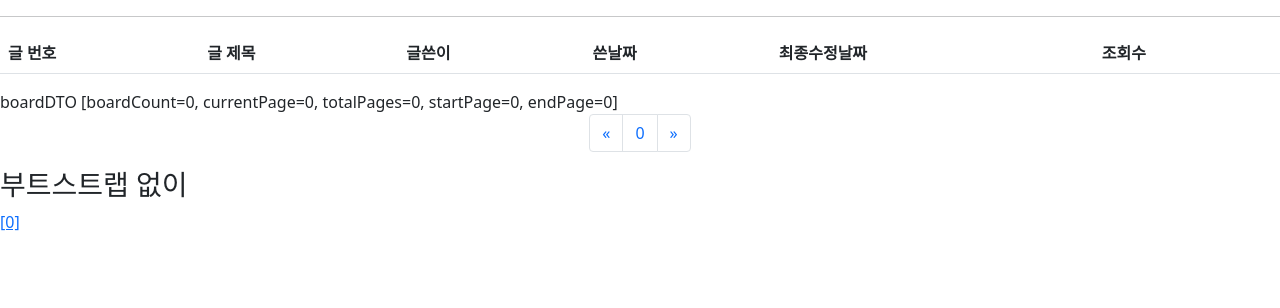
Repository: hayatoKH/java-basic2
Page: http://localhost/MyFirstWeb/boardList.do?pageNum=0
These files come from the project's save history. The page is drawn as it stood at one moment and after the next save; the edit follows.
The browser window is 1280 px wide. The pictures show the whole page.
The page is served by Tomcat 9. Other server files are loaded and not shown. Queries for data that is not in the repository find no rows.

Above is the page before, as saved 2022-03-22 01:45:08.

### MyFirstWeb/src/main/webapp/board/boardlist.jsp
<%@ page language="java" contentType="text/html; charset=UTF-8"
    pageEncoding="UTF-8"%>
<%@ taglib uri="http://java.sun.com/jsp/jstl/core" prefix="c" %>


<!DOCTYPE html>
<html>
<head>
<link href="https://cdn.jsdelivr.net/npm/bootstrap@5.1.3/dist/css/bootstrap.min.css" rel="stylesheet" integrity="sha384-1BmE4kWBq78iYhFldvKuhfTAU6auU8tT94WrHftjDbrCEXSU1oBoqyl2QvZ6jIW3" crossorigin="anonymous">
<meta charset="UTF-8">
<title>Insert title here</title>
</head>
<body>
	<hr>
	<!-- 출력방법 : 인덱싱이나 c:forEach를 이용해서 하나하나 꺼내준 다음
	.변수명을 적으면 출력됩니다. -->
	<table class="table table-hover">
		<tr>
			<th>글 번호</th>
			<th>글 제목</th>
			<th>글쓴이</th>
			<th>쓴날짜</th>
			<th>최종수정날짜</th>
			<th>조회수</th>
		</tr>
		<c:forEach var="board" items="${boardList }">
			<tr>
				<td>${board.board_num}</td>
				<td><a href="http://localhost:8181/MyFirstWeb/boardDetail.do?board_num=${board.board_num }">${board.title}</a></td>
				<td>${board.writer}</td>
				<td>${board.bDate}</td>
				<td>${board.mDate}</td>
				<td>${board.hit}</td>
			</tr>
		</c:forEach>
	</table>

	<c:if test="${not empty sId}">
	<a href="http://localhost:8181/MyFirstWeb/insertForm.do"><button>글쓰기</button></a>
	</c:if>
	<c:if test="${sId ne null}">
	<a href="http://localhost:8181/MyFirstWeb/insertForm.do"><button>글쓰기</button></a>
	</c:if>

		${dto }
		<!-- document의 pagination 파트를 보고 1부터 10까지 나열해보세요. -->
	<nav aria-label="Page navigation example">
	  <ul class="pagination justify-content-center">
	    <li class="page-item ${dto.startPage eq 1 ? 'disabled' : '' }">
	    	<a class="page-link" href="http://localhost:8181/MyFirstWeb/boardList.do?pageNum=${dto.startPage - 1}">&laquo;</a>
	    </li>
		    <c:forEach var="pageIndex" begin="${dto.startPage }" end="${dto.endPage }">
		 	   <li class="page-item"><a class="page-link" href="http://localhost:8181/MyFirstWeb/boardList.do?pageNum=${pageIndex }">${pageIndex }</a></li>
			</c:forEach>
	    <li class="page-item"><a class="page-link" href="#">&raquo;</a></li>
	  </ul>
	</nav>

	<h3>부트스트랩 없이</h3>
	<c:forEach var="pageIndex" begin="${dto.startPage }" end="${dto.endPage }">
		 	  <a href="http://localhost:8181/MyFirstWeb/boardList.do?pageNum=${pageIndex }">[${pageIndex }]</a>
	</c:forEach>

</body>
</html>

### MyFirstWeb/src/main/java/kr/co/ict/servlet/FrontController.java
package kr.co.ict.servlet;

import java.io.IOException;

import javax.servlet.RequestDispatcher;
import javax.servlet.ServletException;
import javax.servlet.annotation.WebServlet;
import javax.servlet.http.HttpServlet;
import javax.servlet.http.HttpServletRequest;
import javax.servlet.http.HttpServletResponse;

import com.mysql.cj.jdbc.ha.BestResponseTimeBalanceStrategy;

import kr.co.ict.servlet.service.BoardDeleteService;
import kr.co.ict.servlet.service.BoardDetailService;
import kr.co.ict.servlet.service.BoardInsertFormService;
import kr.co.ict.servlet.service.BoardInsertService;
import kr.co.ict.servlet.service.BoardListService;
import kr.co.ict.servlet.service.BoardUpdateFormService;
import kr.co.ict.servlet.service.BoardUpdateService;
import kr.co.ict.servlet.service.IBoardService;

/**
 * Servlet implementation class FrontController
 */
@WebServlet("*.do")
public class FrontController extends HttpServlet {
	private static final long serialVersionUID = 1L;

    /**
     * @see HttpServlet#HttpServlet()
     */
    public FrontController() {
        super();
        // TODO Auto-generated constructor stub
    }

	/**
	 * @see HttpServlet#doGet(HttpServletRequest request, HttpServletResponse response)
	 */
	protected void doGet(HttpServletRequest request, HttpServletResponse response) throws ServletException, IOException {
		// get방식 요청으로 요청이 들어온건
		doRequest(request,response);
	}

	/**
	 * @see HttpServlet#doPost(HttpServletRequest request, HttpServletResponse response)
	 */
	protected void doPost(HttpServletRequest request, HttpServletResponse response) throws ServletException, IOException {
		// post방식 요청으로 요청이 들어온건 동일하게 doRequest에서 처리하도록 설정
		doRequest(request,response);
	}

	// doGet, doPost 어떤 형식으로 요청이 들어올지 모르기 때문에 공용 메서드를 하단에 한하 생성합니다
	private void doRequest(HttpServletRequest request, HttpServletResponse response) throws ServletException, IOException {
		// post방식으로 처리하게 될 수 있으므로 인코딩 설정
		request.setCharacterEncoding("utf-8");

		//프론트 컨트롤러는 여러 주소 요청을 처리하기 때문에 uri부터 받아옵니다.
		String uri = request.getRequestURI();
		// 포워딩할 .jsp 파일의 결로를 미리 저장해둘 변수
		String ui = null;
		// 다형성을 이용해 요청주소에 따른 처리해줄 서비스
		IBoardService sv = null;

		if(uri.equals("/MyFirstWeb/boardList.do")) {
			sv = new BoardListService(); // 다형성에 의해 IBoardService를 구현한 모든 타입의 sv에 저장 가능
			sv.execute(request, response); // BoardListService의 execute는 게시글 목록을 가져옴
			ui  = "/board/boardlist.jsp"; // 포워딩 주소를 ui에 저장함
		} else if(uri.equals("/MyFirstWeb/boardDetail.do")) {
			sv = new BoardDetailService();
			sv.execute(request, response);
			ui = "/board/boarddetail.jsp";
		} else if(uri.equals("/MyFirstWeb/insertForm.do")) {
			// BoardInsertFormServlet을 참조해서 완성해주세요.
			sv = new BoardInsertFormService();
			sv.execute(request, response);
			ui = "/board/boardform.jsp";
		} else if(uri.equals("/MyFirstWeb/boardInsert.do")) {
			sv = new BoardInsertService();
			sv.execute(request, response);
			ui = "/boardList.do";
		} else if(uri.equals("/MyFirstWeb/boardDelete.do")) {
			// 위 패턴으로 BoardDeleteServlet의 기능을 BoardDeleteService로 이전하고 호출해주세요.
			sv = new BoardDeleteService();
			sv.execute(request, response);
			ui = "/boardList.do";
		} else if(uri.equals("/MyFirstWeb/boardUpdateForm.do")) {
			// 1. 폼으로 보내기
			sv = new BoardUpdateFormService();
			sv.execute(request, response);
			ui = "/board/boardUpdateForm.jsp";
		} else if(uri.equals("/MyFirstWeb/boardUpdate.do")) {
			// 2. 서비스 생성 -> 3. 실제 수정로직 실행 -> 4. .jsp파일도 마저 고쳐놓기
			sv = new BoardUpdateService();
			sv.execute(request, response);
			ui = "/boardDetail.do?board_num=" + request.getParameter("board_num");
		}
		else {
			// 그러면 정해진 주소 이외의 주소로 접속하지 않았을때 메인페이지로 보내주는 포워딩 구문을 작성해주세요.
			ui  = "/";
		}

		// 위쪽 if~else문을 다 호출한 다음 실제로 포워딩 실행
		RequestDispatcher dp = request.getRequestDispatcher(ui);
		dp.forward(request, response);
	}
}

### MyFirstWeb/src/main/java/kr/co/ict/servlet/service/BoardListService.java
package kr.co.ict.servlet.service;

import java.util.List;

import javax.servlet.http.HttpServletRequest;
import javax.servlet.http.HttpServletResponse;
import javax.servlet.http.HttpSession;

import kr.co.ict.boardDAO;
import kr.co.ict.boardDTO;
import kr.co.ict.boardVO;

public class BoardListService implements IBoardService{

	// BoardListServlet에서 바인딩까지 복사해오면 됩니다.
	@Override
	public void execute (HttpServletRequest request, HttpServletResponse response) {

		// 페이지 번호를 get방식으로 가져옵니다. 저장받아주세요(pageNum=번호 형식으로 받아옵니다.)
		// int pNum = Integer.parseInt(request.getParameter("pageNum"));

		String strpNum = request.getParameter("pageNum");
		int pNum = 0;
		//if(strpNum == null) {
		//	pNum = 1;
		//} else {
		//	pNum = Integer.parseInt(strpNum);
		//}

		try {
			pNum = Integer.parseInt(strpNum);
		} catch(Exception e) {
			pNum =1;
		}


		// 1. 접속시 boardDAO생성
		boardDAO dao = boardDAO.getInstance();
		// 2. boardDAO의 getAllBoardList() 호출해 전체 게시물 목록 받아오기

		// 페이징처리에 따라 추가적으로 페이지 번호를 넣어줘야함
		List<boardVO> boardList = dao.getAllBoardList(pNum);
		// 3. request.setAttribute로 바인딩하기
		// List<boardVO> boardList를 바로 바인딩 할수도 있습니다.
		request.setAttribute("boardList", boardList);

		// 페이지 버튼 생성을 위한 글 개수 확인하기
		int boardCount = dao.getPageNum();
		// 아래에 DTO를 생성해주시고 바인딩까지 해주세요.
		boardDTO dto = new boardDTO(boardCount, pNum);
		System.out.println("페이징 처리 정보" + dto);
		request.setAttribute("dto", dto);
		// 바인딩된 정보를 boardList.jsp 하단에 디버깅 시켜주세요.


		// 로그인 여부는 세션값을 저장한 다음, 바인딩해서 .jsp페이지에서 확인합니다.
		// 서블릿 내부에서 세션쓰는 법
		// 1. 세션 객체 생성(.jsp 내부에서는 자동으로 생성되는 "내장 객체" 이지만 서블릿 로직 하에서는 생성해줘야 쓸 수 있음.)
		HttpSession session = request.getSession();
		// 2. .jsp의 스크립트릿 내부와 동일하게 세션값 얻어오기 가능(setAttribute로 저장 가능)
		String sId = (String)session.getAttribute("session_id");
		System.out.println("로그인 여부 : " + sId);
		// 세션값 체킹이 확인되면 바인딩해서 포워딩시 세션값이 같이 넘어가도록 처리
		request.setAttribute("sId", sId);

	}
}

### MyFirstWeb/src/main/java/kr/co/ict/boardDAO.java
package kr.co.ict;

import java.sql.Connection;
import java.sql.Date;
import java.sql.PreparedStatement;
import java.sql.ResultSet;
import java.sql.SQLException;
import java.util.ArrayList;
import java.util.List;

import javax.naming.Context;
import javax.naming.InitialContext;
import javax.sql.DataSource;

public class boardDAO {

	// DAO 코드 재활용하기
	// 1.UserDAO에서 주석처리가 안된 부분만
	// getInstance() 메서드까지 가져옴

	// 2. ~~~DAO로 되어있는 부분을 전부 현재 DAO클래스명으로 변경
	// 예) UserDAO -> BoardDAO로 전환중이므로 UserDAO라고 적힌 부분을 전부 BoardDAO로 변경
	private DataSource ds = null;

	private static boardDAO dao = new boardDAO();

	private boardDAO() {
		try {
			Context ct = new InitialContext();
			ds = (DataSource)ct.lookup("java:comp/env/jdbc/mysql");
		} catch (Exception e) {
			e.printStackTrace();
		}
	}

	public static boardDAO getInstance() {
		if(dao == null) {
			dao = new boardDAO();
		}
		return dao;
	}

	// 3. 필요로 하는 로직과 유사한 메서드를 복사해옵니다.
	// 게시판 글 전체 목록가져오기 -> 회원 전체 목록 가져오기를 이용해 수정
	// 회원 전체 목록을 가져오는 getAllUserList를 수정해 getAllBoardList()를 생성해보겠습니다.

	// UserVO는 userInfo테이블에 맞춰서 생성된 것이므로
	// boardTbl에 맞춰서 처리하기 위해 UserVO를 사용하는 부분을 전부 BoardVO로 수정해줍니다.

	// 3-2. 쿼리문을 boardTbl 테이블에서 데이터를 가져오도록 수정합니다.

	// 3-3. while문 내부에서 BoardVO 세팅이 가능하도록 rs에서 데이터를 가져오는 부분을 수정합니다.


	// 페이징 처리를 위해 페이지 번호를 추가로 입력받습니다. (int pageNum)
	public List<boardVO> getAllBoardList(int pageNum){
		// try블럭 진입전 Connection, PreparedStatement, ResultSet을 선언
		Connection con = null;
		PreparedStatement pstmt = null;
		ResultSet rs = null;
		// 페이징 처리시 페이지당 글 갯수
		final int board_Count = 10;
		// try블럭 진입 전에 ArrayList 선언
		List<boardVO> boardList = new ArrayList<>();
		try {
		// Connection, PreparedStatement, ResultSet을 선언합니다.
			con = ds.getConnection();
			int limitNum = (pageNum-1) * board_Count;

		// SELECT * FROM userinfo 실행 및 ResultSet에 저장
		// LIMIT 뒤쪽 숫자가 페이지 당 보여줄 글 개수이므로 DTO의 상수와 함께 고쳐야함.
		 String sql = "SELECT * FROM boardtbl ORDER BY board_num DESC limit ?, ?";
		 pstmt = con.prepareStatement(sql);
		 pstmt.setInt(1, limitNum);
		 pstmt.setInt(2, board_Count);

		 rs = pstmt.executeQuery();

		// boardVO ArrayList에 rs에 든 모든 자료를 저장해주세요.
		 while(rs.next()) {
			 // 7개 컬럼 값을 받아서 변수로 저장받으시고
			 int board_num = rs.getInt("board_num");
			 String title = rs.getString("title");
			 String content = rs.getString("content");
			 String writer = rs.getString("writer");
			 Date bDate = rs.getDate("bdate");
			 Date mDate = rs.getDate("mdate");
			 int hit = rs.getInt("hit");
			 ///int board_num, String title, String content, String writer, Date bDate, Date mDate, int hit
			 // 해당 변수를 이용해 BoardVO를 생성해주시면 됩니다.
			 boardVO boardData = new boardVO(board_num, title, content, writer, bDate, mDate, hit);
			 boardList.add(boardData);
		 }
		} catch(Exception e) {
			e.printStackTrace();
		} finally {
			try {
				con.close();
				pstmt.close();
				rs.close();
			} catch(SQLException es) {
				es.printStackTrace();
			}
		}
		return boardList;
	}

	// insertBoard 내부 쿼리문 실행시 필요한 3개 요소인 글제목, 본문, 글쓴이를 입력해야하만 실행할 수 있게 설계합니다.
	public void insertBoard(String title, String content, String writer) {
		Connection con = null;
		PreparedStatement pstmt = null;

		try {
			con = ds.getConnection();

			// INSERT의 경우 두 가지 유형이 있음
			// 전체 컬럼 요소 다 넣기 - INSERT INTO boardTbl VALUES (null, ?, ?, ?, now(), now(), 0);
			// 일부요소만 넣기 - INSERT INTO boardTbl(title, content, writer) Values (?,?,?);
			String sql = "INSERT INTO boardTbl(title, content, writer) Values (?,?,?)";
			pstmt = con.prepareStatement(sql);
			// 실행 전 상단 쿼리문 ? 채워넣기
			pstmt.setString(1, title);
			pstmt.setString(2, content);
			pstmt.setString(3, writer);

			pstmt.executeUpdate();
		} catch(Exception e) {
			e.printStackTrace();
		} finally {
			try {
				con.close();
				pstmt.close();
			} catch(Exception e) {
				e.printStackTrace();
			}
		}
	}

	public boardVO getBoardDetail(int board_num) {
		// DB연동구문을 작성해보세요.
		// try구문 초입에 ds부분까지만 하셔도 되는데 만약 다 작성 가능하다면 다 작성해보세요.
		Connection con = null;
		PreparedStatement pstmt = null;
		ResultSet rs = null;
		boardVO board = null;
		upHit(board_num); // 조회수 올리는 로직을 실행한 다음 글정보 불러오게 처리

		try {
			con = ds.getConnection();

			String sql = "SELECT * FROM boardTbl WHERE board_num = ?";
			pstmt = con.prepareStatement(sql);
			pstmt.setInt(1, board_num);

			rs = pstmt.executeQuery();

			if(rs.next()){
				int boardNum = rs.getInt("board_num");
				String title = rs.getString("title");
				String content = rs.getString("content");
				String writer = rs.getString("writer");
				Date bDate = rs.getDate("bdate");
				Date mDate = rs.getDate("mdate");
				int hit = rs.getInt("hit");

				board = new boardVO(boardNum, title, content, writer, bDate, mDate, hit);

			}
			} catch(Exception e) {
				e.printStackTrace();
			} finally {
				try {
					con.close();
					pstmt.close();
					rs.close();
				} catch(Exception e) {
					e.printStackTrace();
				}
			}
			return board;
	}

	// 조회수올리기 없는 디테일
	public boardVO getBoardDetail2(int board_num) {
		// DB연동구문을 작성해보세요.
		// try구문 초입에 ds부분까지만 하셔도 되는데 만약 다 작성 가능하다면 다 작성해보세요.
		Connection con = null;
		PreparedStatement pstmt = null;
		ResultSet rs = null;
		boardVO board = null;

		try {
			con = ds.getConnection();

			String sql = "SELECT * FROM boardTbl WHERE board_num = ?";
			pstmt = con.prepareStatement(sql);
			pstmt.setInt(1, board_num);

			rs = pstmt.executeQuery();

			if(rs.next()){
				int boardNum = rs.getInt("board_num");
				String title = rs.getString("title");
				String content = rs.getString("content");
				String writer = rs.getString("writer");
				Date bDate = rs.getDate("bdate");
				Date mDate = rs.getDate("mdate");
				int hit = rs.getInt("hit");

				board = new boardVO(boardNum, title, content, writer, bDate, mDate, hit);

			}
			} catch(Exception e) {
				e.printStackTrace();
			} finally {
				try {
					con.close();
					pstmt.close();
					rs.close();
				} catch(Exception e) {
					e.printStackTrace();
				}
			}
			return board;
	}
	// deleteBoard 메서드를 만들어서 삭제처리가 되게 만들어주시고
	// 서블릿에서 해당 메서드를 호출해 실제로 삭제버튼을 누르면 DB에서 해당번호글이 삭제되게 해주세요.
	public void deleteBoard(int boardNum) {
		Connection con = null;
		PreparedStatement pstmt = null;

		try {
			con = ds.getConnection();

			String sql = "DELETE FROM boardTbl WHERE board_num = ?";
			pstmt = con.prepareStatement(sql);

			pstmt.setInt(1, boardNum);

			pstmt.executeUpdate();
		} catch(Exception e) {
			e.printStackTrace();
		} finally {
			try {
				con.close();
				pstmt.close();
			} catch(Exception e) {
				e.printStackTrace();
			}
		}
	}

	public void updateBoard(String title, String content, int boardNum) {
		Connection con = null;
		PreparedStatement pstmt = null;

		try {
			con = ds.getConnection();

			String sql = "UPDATE boardTbl SET title=?, content=?, mdate=now() WHERE board_num=?";
			pstmt = con.prepareStatement(sql);

			pstmt.setString(1, title);
			pstmt.setString(2, content);
			pstmt.setInt(3, boardNum);

			pstmt.executeUpdate();
		} catch(Exception e) {
			e.printStackTrace();
		} finally {
			try {
				con.close();
				pstmt.close();
			} catch(Exception e) {
				e.printStackTrace();
			}
		}
	}

	// 서비스가 아닌 getBoardDetail 실행시 자동으로 같이 실행되도록 처리하겠습니다.
	// 글 제목을 클릭할때마다 조회수를 상승시키는 메서드
	private void upHit(int bId) {
		// update문에 맞는 접속로직을 작성해주세요.(try~catch, connection, psmt 생성 등까지만 해주세요.)
		Connection con = null;
		PreparedStatement pstmt = null;

		try {
			con = ds.getConnection();

			String sql = "UPDATE boardTbl SET hit = (hit + 1) WHERE board_num = ?";
			pstmt = con.prepareStatement(sql);

			pstmt.setInt(1, bId);

			pstmt.executeUpdate();
		} catch(Exception e) {
			e.printStackTrace();
		} finally {
			try {
				con.close();
				pstmt.close();
			} catch(Exception e) {
				e.printStackTrace();
			}
		}
	}


	// 페이징 처리를 위해 글 전체 개수를 구해오겠습니다.
	// 하단의 public int getPageNum() 을 작성해주세요.
	// 쿼리문은 SELECT COUNT(*) FROM boardTbl;
	public int getPageNum() {
		Connection con = null;
		PreparedStatement pstmt = null;
		ResultSet rs = null;
		int pageNum = 0;

		try {
			con = ds.getConnection();

			String sql = "SELECT COUNT(*) FROM boardTbl";
			pstmt = con.prepareStatement(sql);

			rs = pstmt.executeQuery();

			if(rs.next()){
				pageNum = rs.getInt(1);
				}
			} catch(Exception e) {
				e.printStackTrace();
			} finally {
				try {
					con.close();
					pstmt.close();
					rs.close();
				} catch(Exception e) {
					e.printStackTrace();
				}
			}
			return pageNum;
		}
}

### MyFirstWeb/src/main/java/kr/co/ict/boardDTO.java
package kr.co.ict;

// 원래 VO(Value Object)와 DTO(Data Transfer Object)는 큰 차이는 두지 않고 사용합니다.
// 굳이 차이를 두자면 VO는 DB 테이블 형태를 그대로 전달할 때
// DTO는 DB에서 꺼낸 데이터가 가공되어 전달할 때 쓰는것을 지칭할때 씁니다.
// 다만 DTO와 VO는 엄격하게 구분되지 않고 프로그래머에 따라서는
// 그냥 DTO를 VO와 완전히 동일하게 쓰는 경우도 있으므로
// 사용하는 사람이 부르고싶은대로 부르셔도 무방합니다.
public class boardDTO {
	private int boardCount; // 전체 글 개수
	private int currentPage; // 현재 보고있는 페이지
	private int totalPages; // 전체 페이지 개수
	private int startPage; // 시작 페이지 번호
	private int endPage; // 끝 페이지 번호
	private static final int NAV_NUM = 10; // 페이지는 10개씩 링크 표시(하단에 깔릴 버튼은 10개씩)
	private static final int BOARD_NUM = 10; // 글도 10개씩 표시(DAO의 limit 구문도 함께 수정해야함)


	// 생성자 생성시 모든 정보를 자동으로 구하도록 처리
	public boardDTO(int boardCount, int currentPage) {
		// 총 글 갯수와, 현재 조회중인 페이지 정보로 입력받아 아래에 깔릴 버튼개수, 현재 깔려야하는 번호대를 구합니다.
		this.boardCount = boardCount;
		this.currentPage = currentPage;

		// 글이 없다면
		if(boardCount == 0) {
			// 아래에 깔리는 버튼 자체가 없어야함
			this.totalPages = 0;
			this.startPage = 0;
			this.endPage = 0;
		} else {

			// <<게시글을 개수를 이용해 전체 페이지 갯수 구하기(totalPages값 구하기)>>
			// * 게시글 관련이므로 상수 BOARD_NUM을 사용합니다
			if(boardCount % BOARD_NUM == 0) {
				// 전체 글 개수 % 10이 0으로 떨어짐 => 10의 배수 갯수로 페이지 갯수는 10을 나눈 결과값
				totalPages = boardCount / BOARD_NUM;
			} else {
				totalPages = (boardCount / BOARD_NUM) + 1;
			} //페이지 갯수 구하기 종료

			// <<현재 조회중인 페이지 그룹의 시작 페이지 구하기(startPage값 구하기)>>
			// * 시작, 끝 페이지는 게시글이 아닌 아래 깔릴 페이지 버튼이므로 NAV_NUM을 사용합니다.
			int navNum = 0; //식별번호
			if(currentPage % NAV_NUM == 0) {
				// 10번대 페이지는 자신이 속한 그룹보다 페이지 식별숫자가 1 크게 나옴.
				navNum = (currentPage - 1) / NAV_NUM; // (50번 페이지의 경우 41~50그룹에 속하므로 실제로는 4가 나와야 하므로)
			} else {
				navNum = currentPage / NAV_NUM; // (51페이지 -1 / 10 해도 5가 나옴, 50 - 1 / 10하면 4가 나옴.)
			}
			// (navNum = currentPage - 1) / 10;

			// 식별번호 navNum이 구해졌으면 * 10 + 1을 해서 시작번호를 구합니다.
			startPage = (navNum * NAV_NUM) + 1;

			// <<현재 조회중인 페이지 그룹의 끝페이지 구하기 (endPage값 구하기)>>
			endPage = startPage + (NAV_NUM - 1);
			if(endPage > totalPages) {
				endPage = totalPages;
			}
			// endPage = Math.min(startPage + (NAV_NUM - 1), totalPages);
			// endPage = (startPage + (NAV_NUM - 1) > totalPages) ? totalPages : (startPage + (10 - 1);
		}
	}// 생성자 닫는 부분

	public int getBoardCount() {
		return boardCount; // 총 글 개수
	}

	// 밑에 버튼을 깔지 말지를 결정하기 위한 bool 자료형
	public boolean hasNoBoard() {
		return boardCount == 0; // 표시할 게시물이 없으면 버튼도 깔 필요 없음
	}

	public boolean hasBoard() {
		return boardCount > 0; // 표시할 게시물이 있다면 버튼을 깔아줘야함
	}

	// 페이지의 총 개수를 알려주는 getter
	public int getTotalPages() {
		return totalPages;
	}

	// 해당 페이지 그룹의 시작페이지
	public int getStartPage() {
		return startPage;
	}

	// 해당 페이지 그룹의 끝 페이지
	public int getEndPage() {
		return endPage;
	}

	// 디버깅을 위한 toString
	@Override
	public String toString() {
		return "boardDTO [boardCount=" + boardCount + ", currentPage=" + currentPage + ", totalPages=" + totalPages
				+ ", startPage=" + startPage + ", endPage=" + endPage + "]";
	}

}

After the next save:
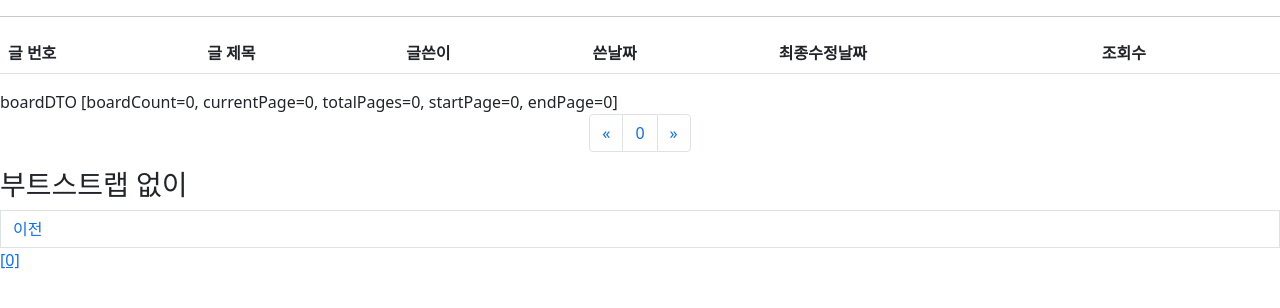
Saved 3 min 22 s later.
--- a/MyFirstWeb/src/main/webapp/board/boardlist.jsp
+++ b/MyFirstWeb/src/main/webapp/board/boardlist.jsp
@@ -57,6 +57,7 @@
 	</nav>
 
 	<h3>부트스트랩 없이</h3>
+	<a class="page-link" href="http://localhost:8181/MyFirstWeb/boardList.do?pageNum=${dto.startPage - 1}">이전</a>
 	<c:forEach var="pageIndex" begin="${dto.startPage }" end="${dto.endPage }">
 		 	  <a href="http://localhost:8181/MyFirstWeb/boardList.do?pageNum=${pageIndex }">[${pageIndex }]</a>
 	</c:forEach>
